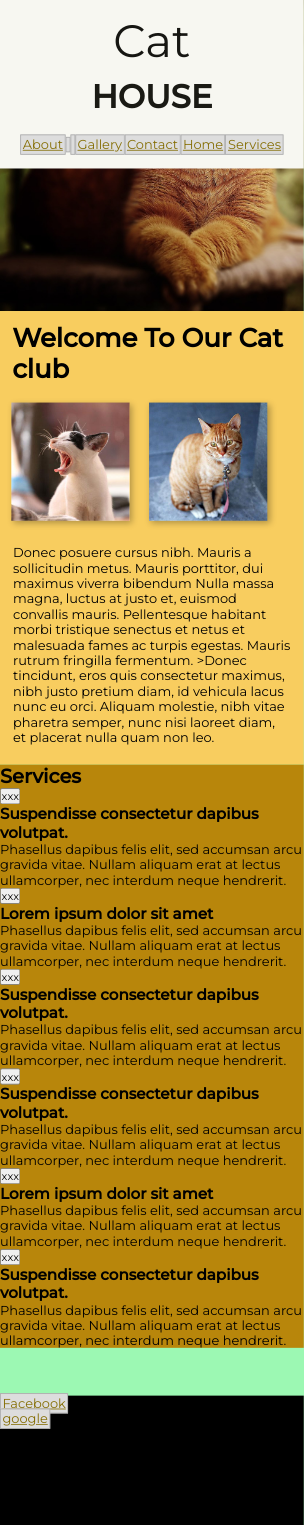
Repository: raul4264/final
Page: index.html
An editor plug-in stored every save of this project. The page is shown before and after the next save, followed by the edit.
The browser window is 375 px wide. The pictures show the whole page, at 81% of full size.

Above is the page before, as saved 2021-03-28 14:42:30.

After the next save:
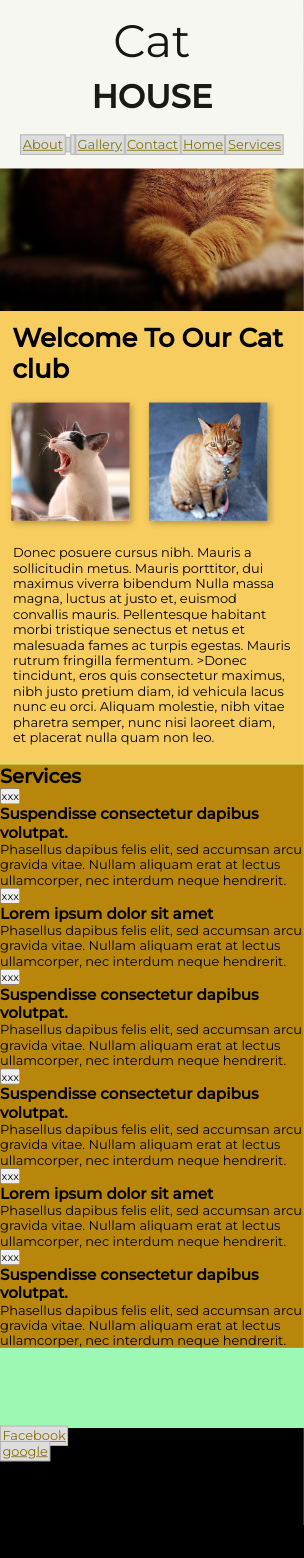
Saved 15 s later.
--- a/css/estilos.css
+++ b/css/estilos.css
@@ -147,7 +147,7 @@
 
         background-color: darkgoldenrod;
         height: 90vh;
-        margin-bottom: -200px;
+        margin-bottom: -20vh;
 
     }
 
